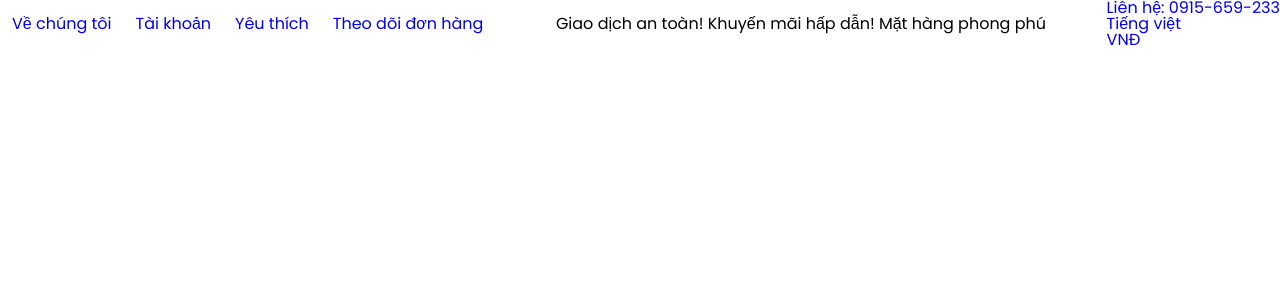
Repository: DucNghia2004/project_pro_01
Page: index.html
The author's editor kept a copy of each file at every save. The page is drawn from the files as they stood at one save, then again after the next save.
The browser window is 1280 px wide. The pictures show the whole page.

Above is the page before, as saved 2024-05-30 20:05:36.

### index.html
<!DOCTYPE html>
<html lang="en">
    <head>
        <meta charset="UTF-8" />
        <meta name="viewport" content="width=device-width, initial-scale=1.0" />
        <title>Document</title>
        <!-- Reset CSS -->
        <link rel="stylesheet" href="./assets/css/resets.css" />

        <!-- Embed font -->
        <link rel="preconnect" href="https://fonts.googleapis.com" />
        <link rel="preconnect" href="https://fonts.gstatic.com" crossorigin />
        <link
            href="https://fonts.googleapis.com/css2?family=Poppins:ital,wght@0,100;0,200;0,300;0,400;0,500;0,600;0,700;0,800;0,900;1,100;1,200;1,300;1,400;1,500;1,600;1,700;1,800;1,900&display=swap"
            rel="stylesheet"
        />

        <!-- Styles CSS -->
        <link rel="stylesheet" href="./assets/css/styles.css" />
    </head>
    <body>
        <div class="info">
            <div class="info-header">
                <ul class="info__list">
                    <li class="info__item">
                        <a href="#!" class="info__link">Về chúng tôi</a>
                    </li>
                    <li class="info__item">
                        <a href="#!" class="info__link">Tài khoản</a>
                    </li>
                    <li class="info__item">
                        <a href="#!" class="info__link">Yêu thích</a>
                    </li>
                    <li class="info__item">
                        <a href="#!" class="info__link">Theo dõi đơn hàng</a>
                    </li>
                </ul>
            </div>
            <div class="info-product">
                <p class="indo-product__desc">
                    Giao dịch an toàn! Khuyến mãi hấp dẫn! Mặt hàng phong phú
                </p>
            </div>
            <div class="info-contact">
                <ul class="info-contact__list">
                    <li class="info-contact__item">
                        <a href="#!" class="info-contact__link">
                            Liên hệ: 0915-659-233
                        </a>
                    </li>
                    <li class="info-contact__item">
                        <a href="#!" class="info-contact__link">Tiếng việt</a>
                    </li>
                    <li class="info-contact__item">
                        <a href="#!" class="info-contact__link">VNĐ</a>
                    </li>
                </ul>
            </div>
        </div>
    </body>
</html>

### assets/css/styles.css
* {
    box-sizing: border-box;
}

html {
    font-size: 62.5%;
}

body {
    font-size: 1.6rem;
    font-family: "Poppins", sans-serif;
}

input,
textarea,
select,
button {
    font-size: inherit;
    font-family: inherit;
}

.container {
    /* width: 1900px; */
    max-width: calc(100% - 48px);
    margin: 0 auto;
}

/* Comon */
a {
    text-decoration: none;
}

/* Info-header */
.info {
    display: flex;
    align-items: center;
    justify-content: space-between;
}

.info__list {
    display: flex;
}

.info__link {
    padding: 0 12px;
}

Loaded but not shown: assets/css/resets.css (common file)

After the next save:
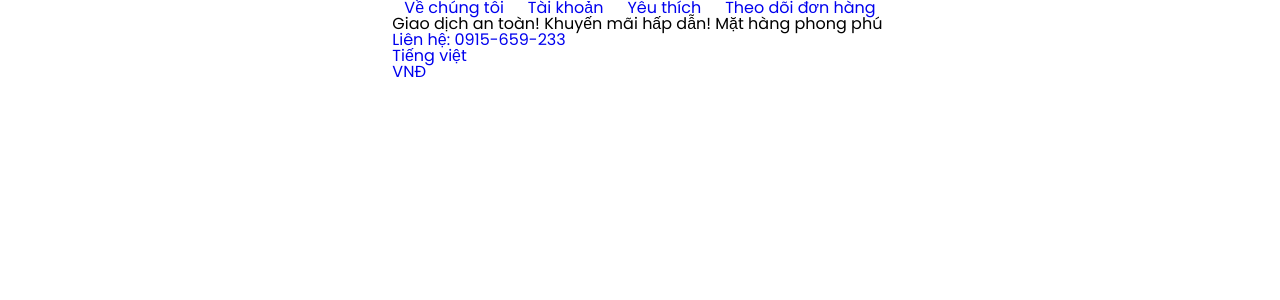
Saved 44 s later.
--- a/index.html
+++ b/index.html
@@ -20,41 +20,48 @@
     </head>
     <body>
         <div class="info">
-            <div class="info-header">
-                <ul class="info__list">
-                    <li class="info__item">
-                        <a href="#!" class="info__link">Về chúng tôi</a>
-                    </li>
-                    <li class="info__item">
-                        <a href="#!" class="info__link">Tài khoản</a>
-                    </li>
-                    <li class="info__item">
-                        <a href="#!" class="info__link">Yêu thích</a>
-                    </li>
-                    <li class="info__item">
-                        <a href="#!" class="info__link">Theo dõi đơn hàng</a>
-                    </li>
-                </ul>
-            </div>
-            <div class="info-product">
-                <p class="indo-product__desc">
-                    Giao dịch an toàn! Khuyến mãi hấp dẫn! Mặt hàng phong phú
-                </p>
-            </div>
-            <div class="info-contact">
-                <ul class="info-contact__list">
-                    <li class="info-contact__item">
-                        <a href="#!" class="info-contact__link">
-                            Liên hệ: 0915-659-233
-                        </a>
-                    </li>
-                    <li class="info-contact__item">
-                        <a href="#!" class="info-contact__link">Tiếng việt</a>
-                    </li>
-                    <li class="info-contact__item">
-                        <a href="#!" class="info-contact__link">VNĐ</a>
-                    </li>
-                </ul>
+            <div class="container">
+                <div class="info-header">
+                    <ul class="info__list">
+                        <li class="info__item">
+                            <a href="#!" class="info__link">Về chúng tôi</a>
+                        </li>
+                        <li class="info__item">
+                            <a href="#!" class="info__link">Tài khoản</a>
+                        </li>
+                        <li class="info__item">
+                            <a href="#!" class="info__link">Yêu thích</a>
+                        </li>
+                        <li class="info__item">
+                            <a href="#!" class="info__link"
+                                >Theo dõi đơn hàng</a
+                            >
+                        </li>
+                    </ul>
+                </div>
+                <div class="info-product">
+                    <p class="indo-product__desc">
+                        Giao dịch an toàn! Khuyến mãi hấp dẫn! Mặt hàng phong
+                        phú
+                    </p>
+                </div>
+                <div class="info-contact">
+                    <ul class="info-contact__list">
+                        <li class="info-contact__item">
+                            <a href="#!" class="info-contact__link">
+                                Liên hệ: 0915-659-233
+                            </a>
+                        </li>
+                        <li class="info-contact__item">
+                            <a href="#!" class="info-contact__link"
+                                >Tiếng việt</a
+                            >
+                        </li>
+                        <li class="info-contact__item">
+                            <a href="#!" class="info-contact__link">VNĐ</a>
+                        </li>
+                    </ul>
+                </div>
             </div>
         </div>
     </body>

After the save that followed:
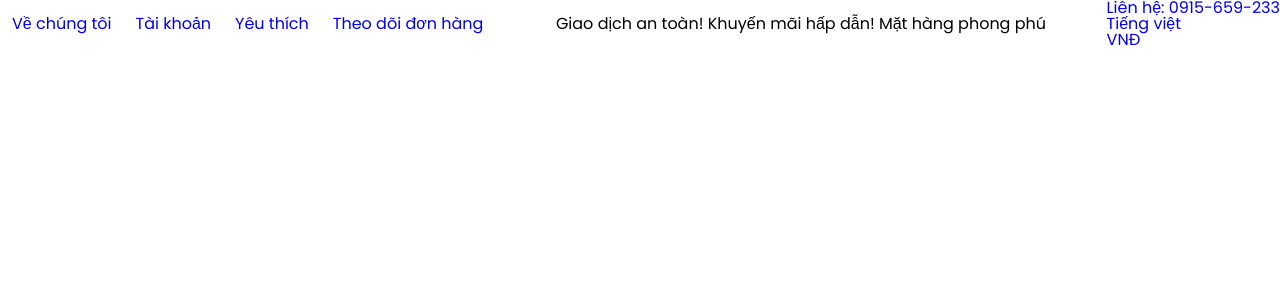
Saved 35 s later.
--- a/index.html
+++ b/index.html
@@ -20,48 +20,41 @@
     </head>
     <body>
         <div class="info">
-            <div class="container">
-                <div class="info-header">
-                    <ul class="info__list">
-                        <li class="info__item">
-                            <a href="#!" class="info__link">Về chúng tôi</a>
-                        </li>
-                        <li class="info__item">
-                            <a href="#!" class="info__link">Tài khoản</a>
-                        </li>
-                        <li class="info__item">
-                            <a href="#!" class="info__link">Yêu thích</a>
-                        </li>
-                        <li class="info__item">
-                            <a href="#!" class="info__link"
-                                >Theo dõi đơn hàng</a
-                            >
-                        </li>
-                    </ul>
-                </div>
-                <div class="info-product">
-                    <p class="indo-product__desc">
-                        Giao dịch an toàn! Khuyến mãi hấp dẫn! Mặt hàng phong
-                        phú
-                    </p>
-                </div>
-                <div class="info-contact">
-                    <ul class="info-contact__list">
-                        <li class="info-contact__item">
-                            <a href="#!" class="info-contact__link">
-                                Liên hệ: 0915-659-233
-                            </a>
-                        </li>
-                        <li class="info-contact__item">
-                            <a href="#!" class="info-contact__link"
-                                >Tiếng việt</a
-                            >
-                        </li>
-                        <li class="info-contact__item">
-                            <a href="#!" class="info-contact__link">VNĐ</a>
-                        </li>
-                    </ul>
-                </div>
+            <div class="info-header">
+                <ul class="info__list">
+                    <li class="info__item">
+                        <a href="#!" class="info__link">Về chúng tôi</a>
+                    </li>
+                    <li class="info__item">
+                        <a href="#!" class="info__link">Tài khoản</a>
+                    </li>
+                    <li class="info__item">
+                        <a href="#!" class="info__link">Yêu thích</a>
+                    </li>
+                    <li class="info__item">
+                        <a href="#!" class="info__link">Theo dõi đơn hàng</a>
+                    </li>
+                </ul>
+            </div>
+            <div class="info-product">
+                <p class="indo-product__desc">
+                    Giao dịch an toàn! Khuyến mãi hấp dẫn! Mặt hàng phong phú
+                </p>
+            </div>
+            <div class="info-contact">
+                <ul class="info-contact__list">
+                    <li class="info-contact__item">
+                        <a href="#!" class="info-contact__link">
+                            Liên hệ: 0915-659-233
+                        </a>
+                    </li>
+                    <li class="info-contact__item">
+                        <a href="#!" class="info-contact__link">Tiếng việt</a>
+                    </li>
+                    <li class="info-contact__item">
+                        <a href="#!" class="info-contact__link">VNĐ</a>
+                    </li>
+                </ul>
             </div>
         </div>
     </body>
